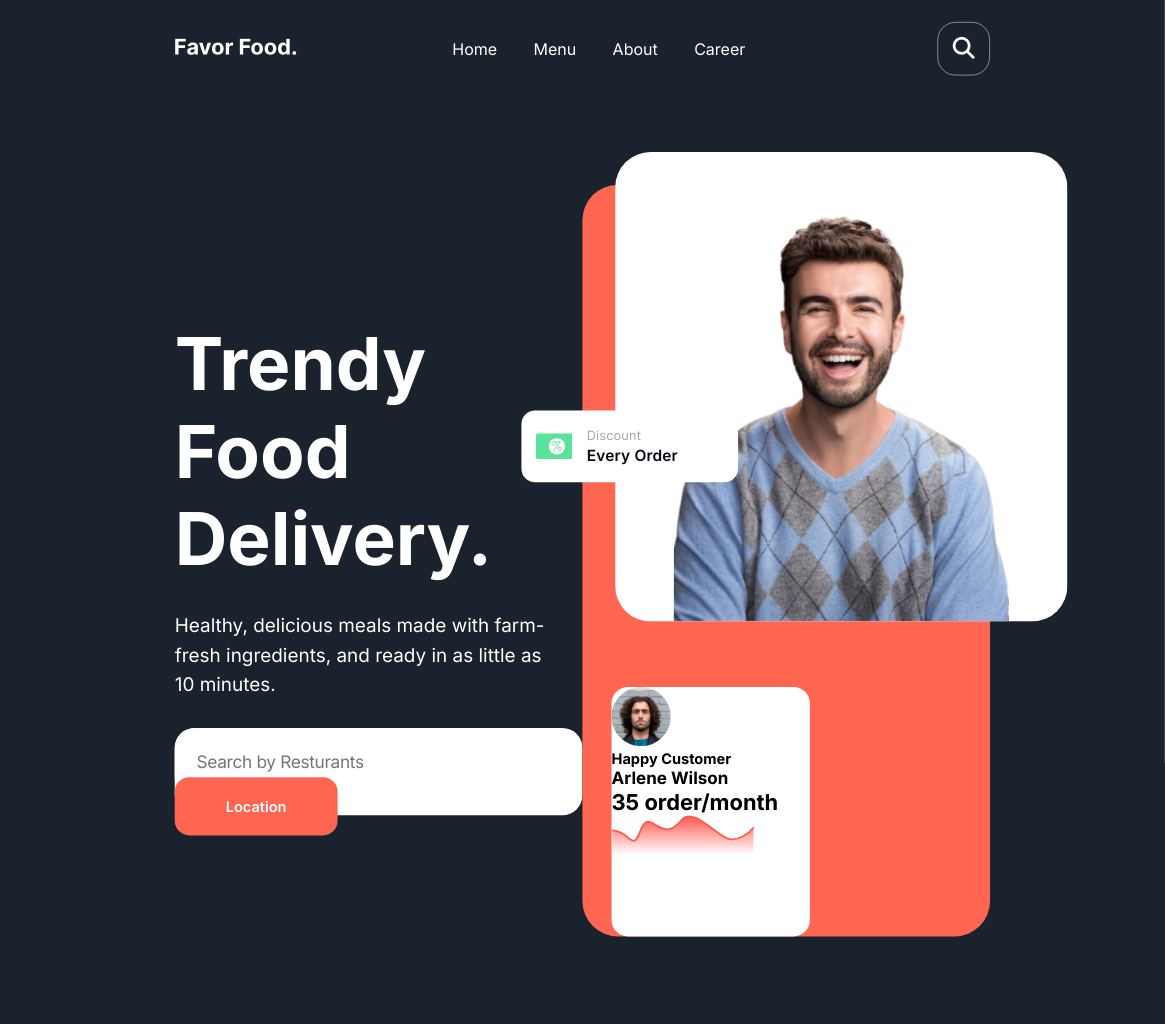
Repository: badhon252/favor-food
Page: index.html
An editor plug-in stored every save of this project. The page is shown before and after the next save, followed by the edit.
The browser window is 1280 px wide. The pictures show the whole page, at 91% of full size.
The style sheet was rebuilt from its Sass, Less or Tailwind sources for each picture, by a compiler version that may differ from the author's.

Above is the page before, as saved 2022-09-11 00:56:06.

After the next save:
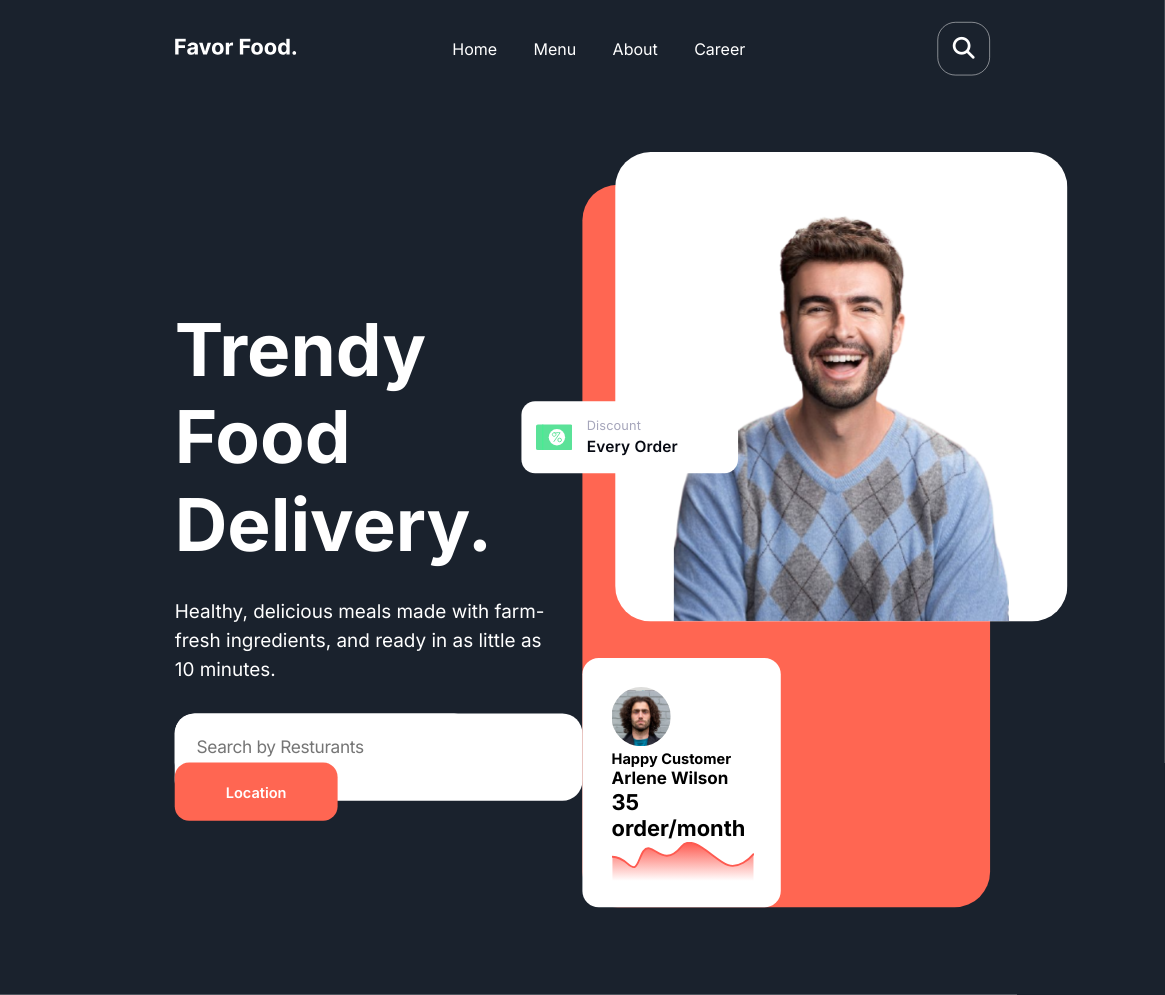
Saved 5 s later.
--- a/scss/style.scss
+++ b/scss/style.scss
@@ -179,7 +179,7 @@ header {
         background-color: #fff;
         border-radius: 18px;
         color: #000;
-        margin: 2rem;
+        padding: 2rem;
       }
     }
   }
